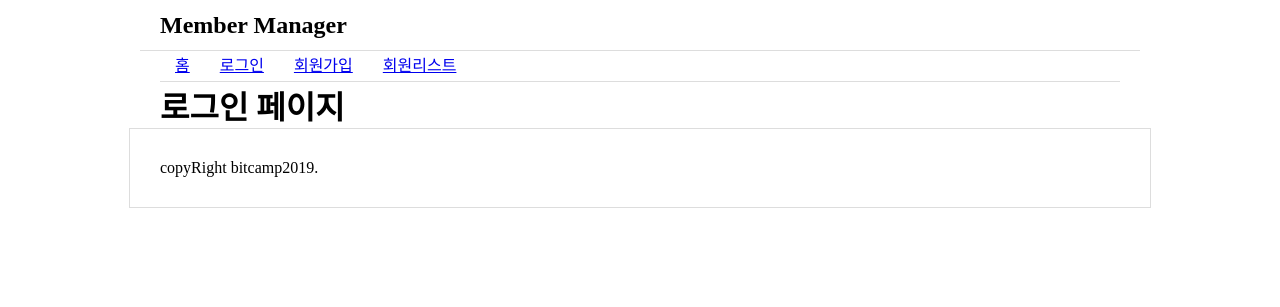
Repository: hhw9797/bitcampjn201904
Page: http://localhost/MemberManager/member/login.jsp
An editor plug-in stored every save of this project. The page is shown before and after the next save, followed by the edit.
The browser window is 1280 px wide. The pictures show the whole page.
The page is served by Tomcat 9. Other server files are loaded and not shown.

Above is the page before, as saved 2019-06-20 08:14:02.

### html/html5/jsp/MemberManager/WebContent/member/login.jsp
<%@ page language="java" contentType="text/html; charset=UTF-8"
	pageEncoding="UTF-8"%>
<!DOCTYPE html>
<html>
<head>
<meta charset="UTF-8">
<title>Insert title here</title>
<script src="https://code.jquery.com/jquery-1.12.4.js"></script>
<link href="/mm/css/default.css" rel="stylesheet" type="text/css">
<style>

</style>
</head>
<body>

<!-- 헤더 시작 -->
<%@ include file="../frame/header.jsp" %>
<!-- 헤더 끝 -->


<!-- 네비게이션 시작 -->
<%@ include file="../frame/nav.jsp" %>
<!-- 네비게이션 끝 -->


<!-- 컨텐츠 시작 -->
	<div id="contents">
		<h1>로그인 페이지</h1>
	</div>
<!-- 컨텐츠 끝 -->


<!-- 푸터 시작 -->
<%@ include file="../frame/footer.jsp" %>
<!-- 푸터 끝 -->

</body>
</html>

### html/html5/jsp/MemberManager/WebContent/frame/header.jsp
<%@ page language="java" contentType="text/html; charset=UTF-8"
    pageEncoding="UTF-8"%>
<div id="header">
	<h2>Member Manager</h2>
</div>

### html/html5/jsp/MemberManager/WebContent/frame/nav.jsp
<%@ page language="java" contentType="text/html; charset=UTF-8"
    pageEncoding="UTF-8"%>
<div id="nav">
	<ul>
		<li><a href="#">홈</a></li>
		<li><a href="<%= request.getContextPath() %>/member/login.jsp">로그인</a></li>
		<li><a href="#">회원가입</a></li>
		<li><a href="#">회원리스트</a></li>
	</ul>
</div>

### html/html5/jsp/MemberManager/WebContent/frame/footer.jsp
<%@ page language="java" contentType="text/html; charset=UTF-8"
    pageEncoding="UTF-8"%>
<div id="footer">
	copyRight bitcamp2019.
</div>

### html/html5/jsp/MemberManager/WebContent/css/default.css
@charset "UTF-8";
	* {
		margin : 0;
		padding : 0;
	}
	div {
		width : 960px;
		margin : 0 auto;
	}

	#header {
		height: 50px;
		padding : 0 20px;
		border-bottom : 1px solid #DDD;
	}
	#header>h2 {
		line-height: 50px;
	}

	#nav {
		height : 30px;
		border-bottom: 1px solid #DDD;
	}

	#nav>ul {
		overflow : hidden; /* 또는 contents 에서 clear both */
	}
	#nav>ul>li {
		list-style : none;
		float: left;
		padding: 0 15px;

		line-height: 30px;
	}

	#footer {
		border: 1px solid #DDD;
		padding: 30px;
	}

After the next save:
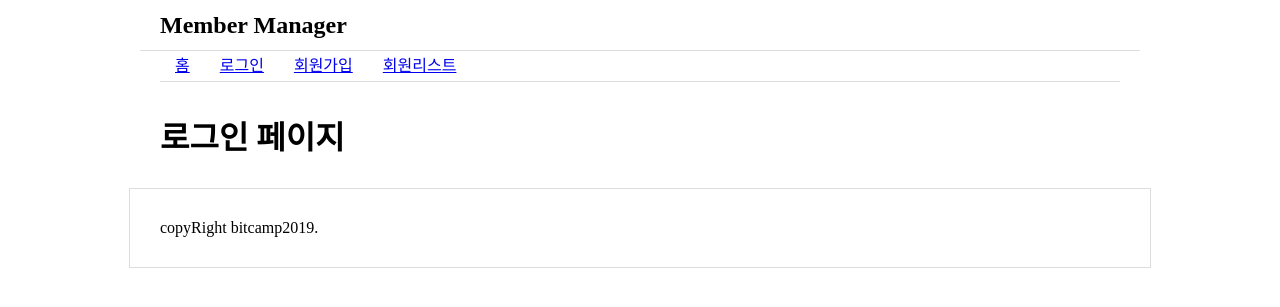
Saved 59 s later.
--- a/html/html5/jsp/MemberManager/WebContent/css/default.css
+++ b/html/html5/jsp/MemberManager/WebContent/css/default.css
@@ -33,6 +33,11 @@
 		line-height: 30px;
 	}
 
+	#contents {
+		padding : 30px;
+
+	}
+
 	#footer {
 		border: 1px solid #DDD;
 		padding: 30px;
